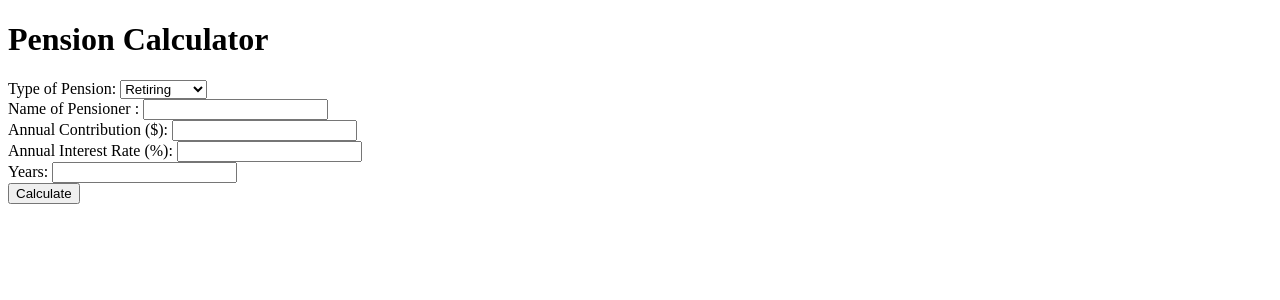
Repository: AQSA-ABDULLAH/RetirementManagmentSystem
Page: RetimentManagmentSystem/src/main/webapp/PensionCalculator.html
The author's editor kept a copy of each file at every save. The page is drawn from the files as they stood at one save, then again after the next save.
The browser window is 1280 px wide. The pictures show the whole page.

Above is the page before, as saved 2023-08-13 17:44:29.

After the next save:
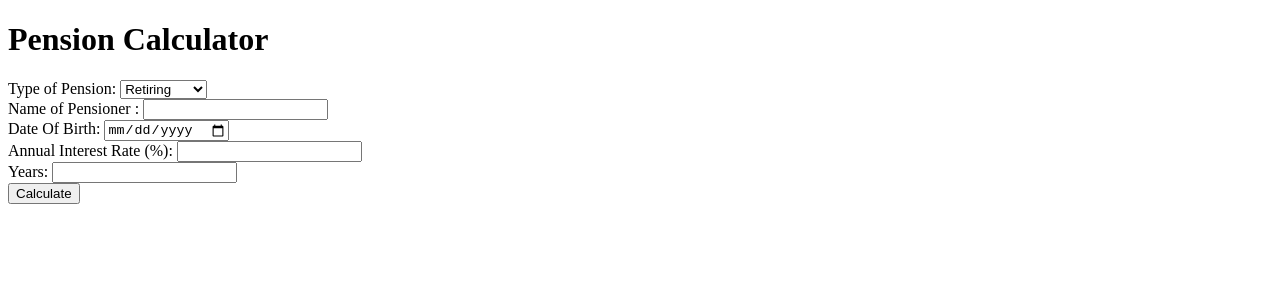
Saved 2 min 0 s later.
--- a/RetimentManagmentSystem/src/main/webapp/PensionCalculator.html
+++ b/RetimentManagmentSystem/src/main/webapp/PensionCalculator.html
@@ -24,22 +24,20 @@
   <h1>Pension Calculator</h1>
   <form method="post" action="myservlet">
 
-	  <label for="type">Type of Pension:</label>
-        <select id="fruits" name="fruits">
-            <option value="apple">Retiring</option>
-            <option value="banana">Banana</option>
-            <option value="orange">Orange</option>
-            <option value="grape">Grape</option>
-            <option value="strawberry">Strawberry</option>
-        </select>
-
-	  <br>
+	<label for="type">Type of Pension:</label>
+	<select id="fruits" name="fruits">
+		<option value="apple">Retiring</option>
+		<option value="banana">Banana</option>
+        <option value="orange">Orange</option>
+        <option value="grape">Grape</option>
+        <option value="strawberry">Strawberry</option>
+      </select><br>
 
     <label for="name">Name of Pensioner :</label>
     <input type="text" id="name" required><br>
 
-    <label for="annualContribution">Annual Contribution ($):</label>
-    <input type="number" id="annualContribution" step="any" required><br>
+    <label for="Date">Date Of Birth:</label>
+    <input type="date" id="Date" required><br>
 
     <label for="interestRate">Annual Interest Rate (%):</label>
     <input type="number" id="interestRate" step="any" required><br>
